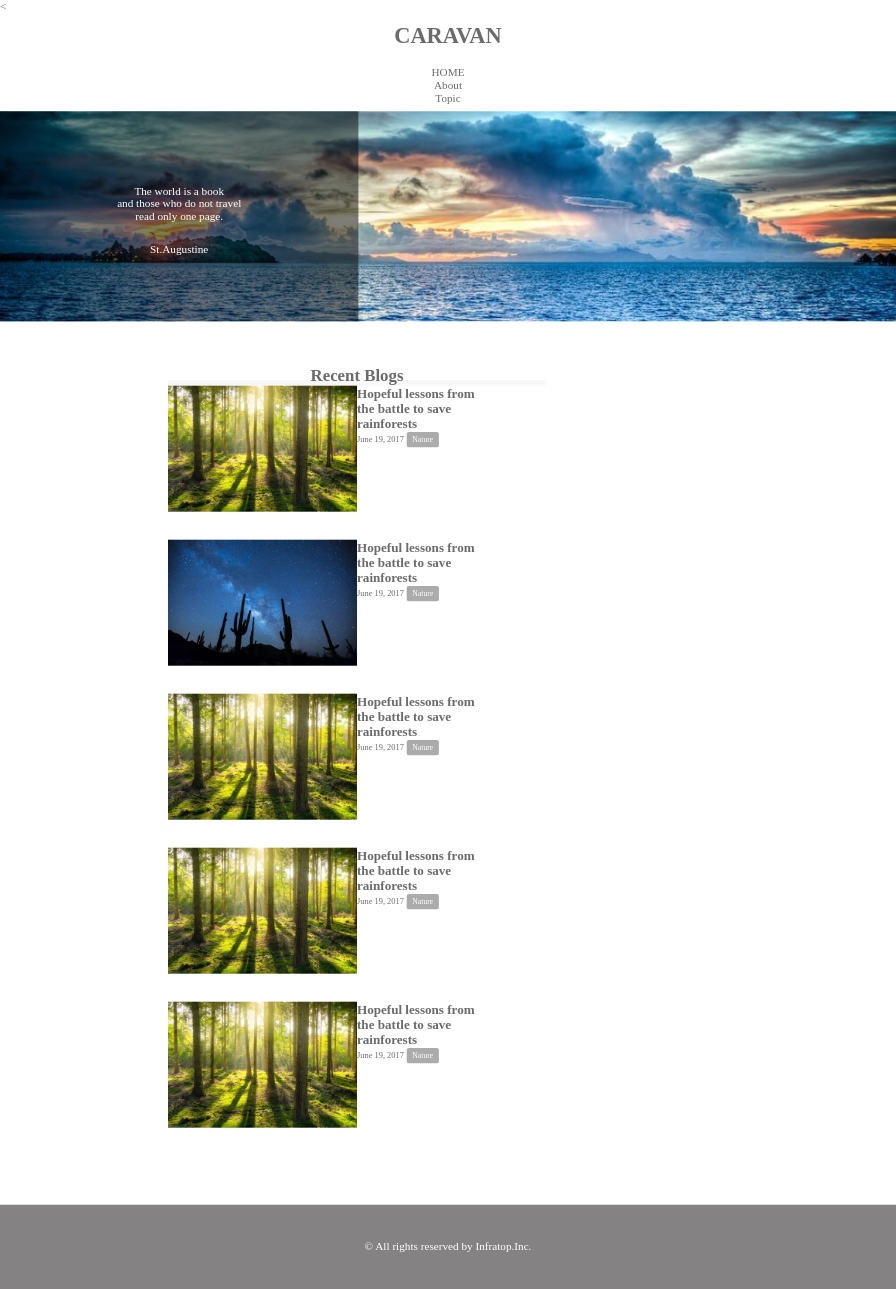
Repository: YabuYoshi/Bookers1
Page: carvan/index.html
The author's editor kept a record of every edit. The page is drawn from the files as they stood at one moment, then again after the next edit.
The browser window is 1280 px wide. The pictures show the whole page, at 70% of full size.

Above is the page before.

### carvan/index.html
<!DOCTYPE html>
<html lang="ja">
  <head>
    <meta charset="UTF-8" />
    <!-- CSSファイルの読み込み -->
    <link rel="stylesheet" href="style.css" />
    <title>CARAVAN</title>
  </head>

  <body>
    <<header>
      <h1 class="heading">
        <a href="index.html">
          CARAVAN
        </a>
      </h1>
    </header>

    <nab>
      <ul class="nav-list">
        <li class="nav-list-item">
          <a href="index.html">HOME</a>
        </li>
        <li class="nav-list-item">About</li>
        <li class="nav-list-item">Topic</li>
      </ul>
    </nab>

    <div class="main-visual">
      <div class="main-visual-content">
        <p class="main-visual-text">
          The world is a book<br />
          and those who do not travel<br />
          read only one page.
        </p>
        <p class="main-visual-name">
          St.Augustine
        </p>
      </div>
    </div>

    <main>
      <section class="blog">
        <h2 class="blog-heading">Recent Blogs</h2>
        <div class="blog-box">
         <div class="blog-item">
          <img class="blog-image" src="img/img/forest.jpg">
          <section class="blog-text">
            <h3>
              <a href="single.html">
                Hopeful lessons from<br>
                the battle to save<br>
                rainforests
              </a>
            </h3>
            <p class="blog-date">June 19, 2017</p>
            <span class="category">Nature</span>
          </section>
         </div>
         <div class="blog-item">
          <img class="blog-image" src="img/img/desert.jpg">
          <section class="blog-text">
            <h3>
              <a href="single.html">
                Hopeful lessons from<br>
                the battle to save<br>
                rainforests
              </a>
            </h3>
            <p class="blog-date">June 19, 2017</p>
            <span class="category">Nature</span>
          </section>
         </div>
        <div class="blog-item">
          <img class="blog-image" src="img/img/forest.jpg">
          <section class="blog-text">
            <h3>
              <a href="single.html">
                Hopeful lessons from<br>
                the battle to save<br>
                rainforests
              </a>
            </h3>
            <p class="blog-date">June 19, 2017</p>
            <span class="category">Nature</span>
          </section>
         </div>
        <div class="blog-item">
          <img class="blog-image" src="img/img/forest.jpg">
          <section class="blog-text">
            <h3>
              <a href="single.html">
                Hopeful lessons from<br>
                the battle to save<br>
                rainforests
              </a>
            </h3>
            <p class="blog-date">June 19, 2017</p>
            <span class="category">Nature</span>
          </section>
         </div>
        <div class="blog-item">
          <img class="blog-image" src="img/img/forest.jpg">
          <section class="blog-text">
            <h3>
              <a href="single.html">
                Hopeful lessons from<br>
                the battle to save<br>
                rainforests
              </a>
            </h3>
            <p class="blog-date">June 19, 2017</p>
            <span class="category">Nature</span>
          </section>
         </div>





        </div>
      </section>

      <div class="sidebar"></div>
    </main>

    <footer>
      <p class="footer-text">© All rights reserved by Infratop.Inc.</p>
    </footer>

  </body>
</html>

### carvan/style.css
* {
  margin: 0;
  padding: 0;
  box-sizing: border-box;
  color: #6c6b6b;
}

a {
  text-decoration: none;
}

header {
  width: 90%;
  padding: 15px 0;
  margin: 0 auto;
  text-align: center;
}

header .heading {
  font-size: 32px;
}

.nav-list {
  text-align: center;
  padding: 10px 0;
  margin: 0 auto;
}

.navi-list-item {
  list-style: none;
  display: inline-block;
  margin: 0 20px;
}

.main-visual {
  width: 100%;
  height: 300px;
  background-image: url(img/img/mv.jpg);
  background-size: cover;
  background-position: center;
}

.main-visual-content {
  width: 40%;
  height: 300px;
  background-color: rgba(0,0,0,0.5);
  text-align: center;
  padding-top: 105px;
}

.main-visual-text{
  color: #fff;
}

.main-visual-name{
  margin-top: 30px;
  color: #fff;
}

main {
  width: 800px;
  display: flex;
  justify-content: center;
  margin: 0 auto;
  padding: 70px 0;
}

.blog {
  width: 540px;
  margin-right: 30px;
}

.blog-heading {
  border-bottom: 8px solid #f7f7f7;
  text-align: center;
  line-height: 0.6;
}

.blog-item {
  padding-bottom: 20px;
  margin-bottom: 20px;
  border-bottom: 1px solid #7f7f7;
  display: flex;
  justify-content: flex-start;
}

.blog-image {
  height: 180px;
}

.blog-date {
  font-size: 12px;
  display: inline-block;
}

.category {
  display: inline-block;
  padding: 5px 8px;
  background-color: #acabab;
  border-radius: 3px;
  color: #fff;
  font-size: 11px;
}

.sidebar {
  width: 230px;
}

footer{
  width: 100%;
  height: 120px;
  text-align: center;
  line-height: 120px;
  background-color: #848282;
}

.footer-text {
  color: #fff;
}

After the next edit:
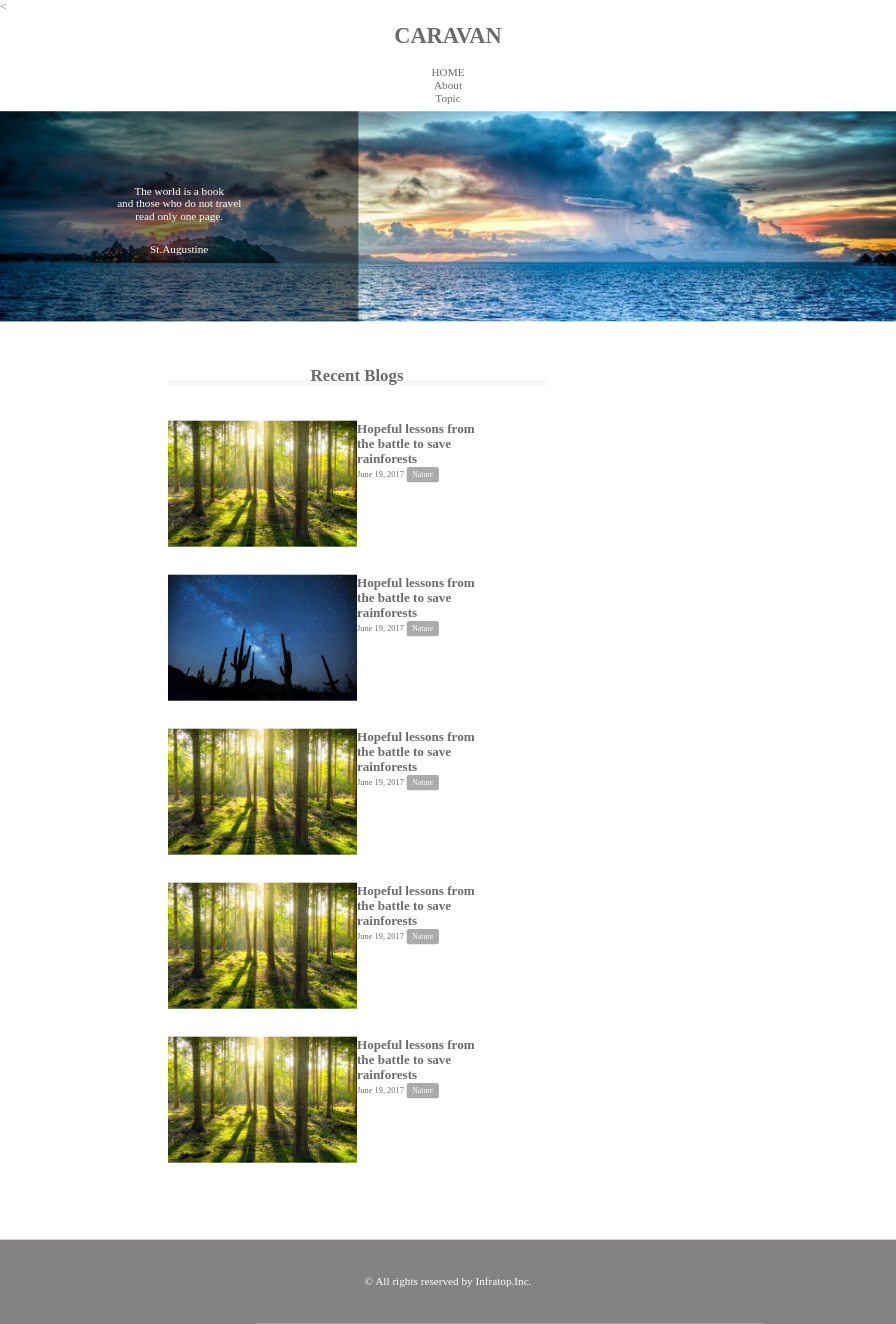
The edit:
--- a/carvan/style.css
+++ b/carvan/style.css
@@ -76,6 +76,10 @@
   line-height: 0.6;
 }
 
+.blog-box {
+  padding-top: 50px;
+}
+
 .blog-item {
   padding-bottom: 20px;
   margin-bottom: 20px;
